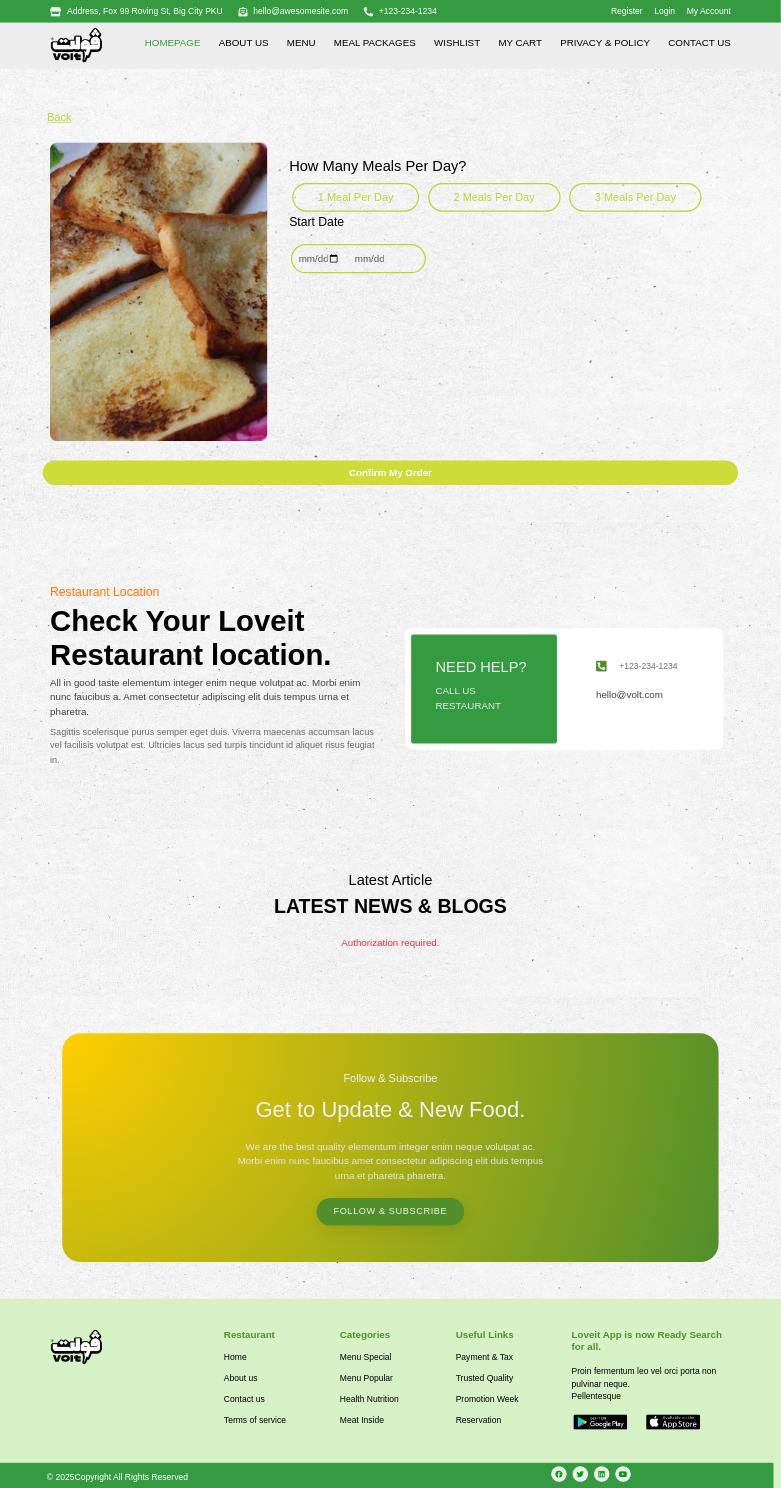
Repository: junivig/volt-new-project
Page: meal-packages-detail.html
An editor plug-in stored every save of this project. The page is shown before and after the next save, followed by the edit.
The browser window is 1280 px wide. The pictures show the whole page, at 61% of full size.

Above is the page before, as saved 2025-02-26 19:00:47.

After the next save:
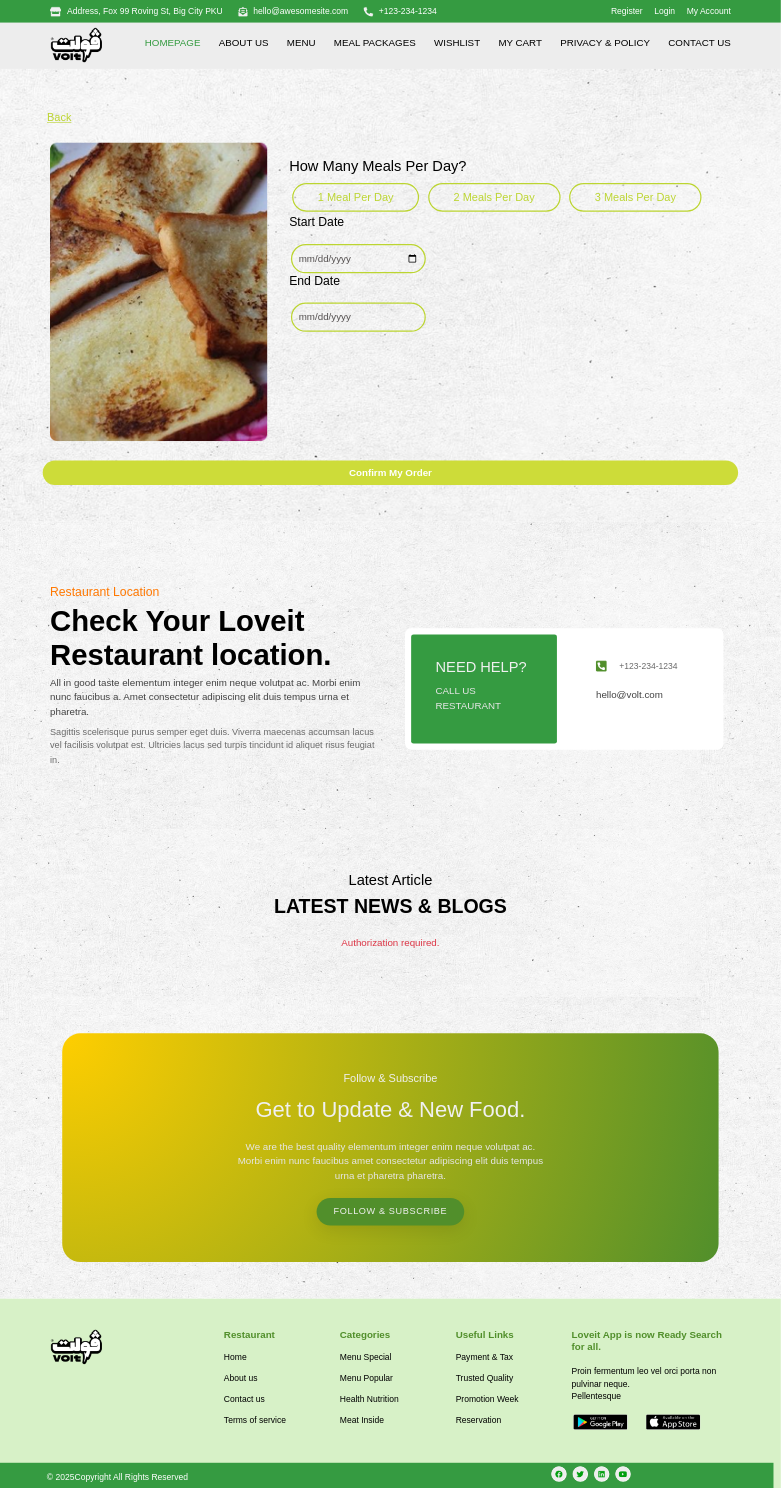
Saved 40 s later.
--- a/meal-packages-detail.html
+++ b/meal-packages-detail.html
@@ -141,52 +141,48 @@
                       <div id="menu-days"></div> <!-- Dynamic Menu Days -->
 
                       <div class="row mt-4">
-                        <h4>How Many Meals Per Day?</h4>
-                        <div id="meal-options">
-                            <span class="meal-option" data-value="1 Meal Per Day">1 Meal Per Day</span>
-                            <span class="meal-option" data-value="2 Meals Per Day">2 Meals Per Day</span>
-                            <span class="meal-option" data-value="3 Meals Per Day">3 Meals Per Day</span>
-                        </div>
-
-                        <br>
-
-                        <!-- Start Date -->
-                        <h5>Start Date</h5>
-                        <div class="date-picker-container mt-3">
-                          <div class="row">
-                            <div class="col-5">
-                              <input type="date" id="start-date" placeholder="Select Start Date">
-
-                            </div>
-                            <div class="col-5">
-                              <input type="date" id="end-date" placeholder="Select End Date" disabled>
-
-                            </div>
-                          </div>
-                        </div>
-
-
-                    <script>
-                        $(document).ready(function () {
-                            // Allow only one meal option to be selected at a time
-                            $(".meal-option").on("click", function () {
-                                $(".meal-option").removeClass("selected"); // Remove selection from all
-                                $(this).addClass("selected"); // Select the clicked one
-                            });
-
-                            // Enable end date only after selecting start date
-                            $("#start-date").on("change", function () {
-                                let startDate = $(this).val();
-                                if (startDate) {
-                                    $("#end-date").prop("disabled", false); // Enable end date
-                                    $("#end-date").attr("min", startDate); // Prevent selecting a past date
-                                } else {
-                                    $("#end-date").prop("disabled", true); // Keep it disabled if no start date
-                                }
-                            });
-                        });
-                    </script>
-                    </div>
+    <h4>How Many Meals Per Day?</h4>
+    <div id="meal-options">
+        <span class="meal-option" data-value="1 Meal Per Day">1 Meal Per Day</span>
+        <span class="meal-option" data-value="2 Meals Per Day">2 Meals Per Day</span>
+        <span class="meal-option" data-value="3 Meals Per Day">3 Meals Per Day</span>
+    </div>
+
+    <br>
+
+    <!-- Start Date -->
+    <h5>Start Date</h5>
+    <div class="date-picker-container mt-3">
+        <input type="date" id="start-date" placeholder="Select Start Date">
+    </div>
+
+    <!-- End Date -->
+    <h5>End Date</h5>
+    <div class="date-picker-container mt-3">
+        <input type="date" id="end-date" placeholder="Select End Date" disabled>
+    </div>
+</div>
+
+<script>
+    $(document).ready(function () {
+        // Allow only one meal option to be selected at a time
+        $(".meal-option").on("click", function () {
+            $(".meal-option").removeClass("selected"); // Remove selection from all
+            $(this).addClass("selected"); // Select the clicked one
+        });
+
+        // Enable end date only after selecting start date
+        $("#start-date").on("change", function () {
+            let startDate = $(this).val();
+            if (startDate) {
+                $("#end-date").prop("disabled", false); // Enable end date
+                $("#end-date").attr("min", startDate); // Prevent selecting a past date
+            } else {
+                $("#end-date").prop("disabled", true); // Keep it disabled if no start date
+            }
+        });
+    });
+</script>
                   </div>
               </div>
                 <div class="row mt-4">
